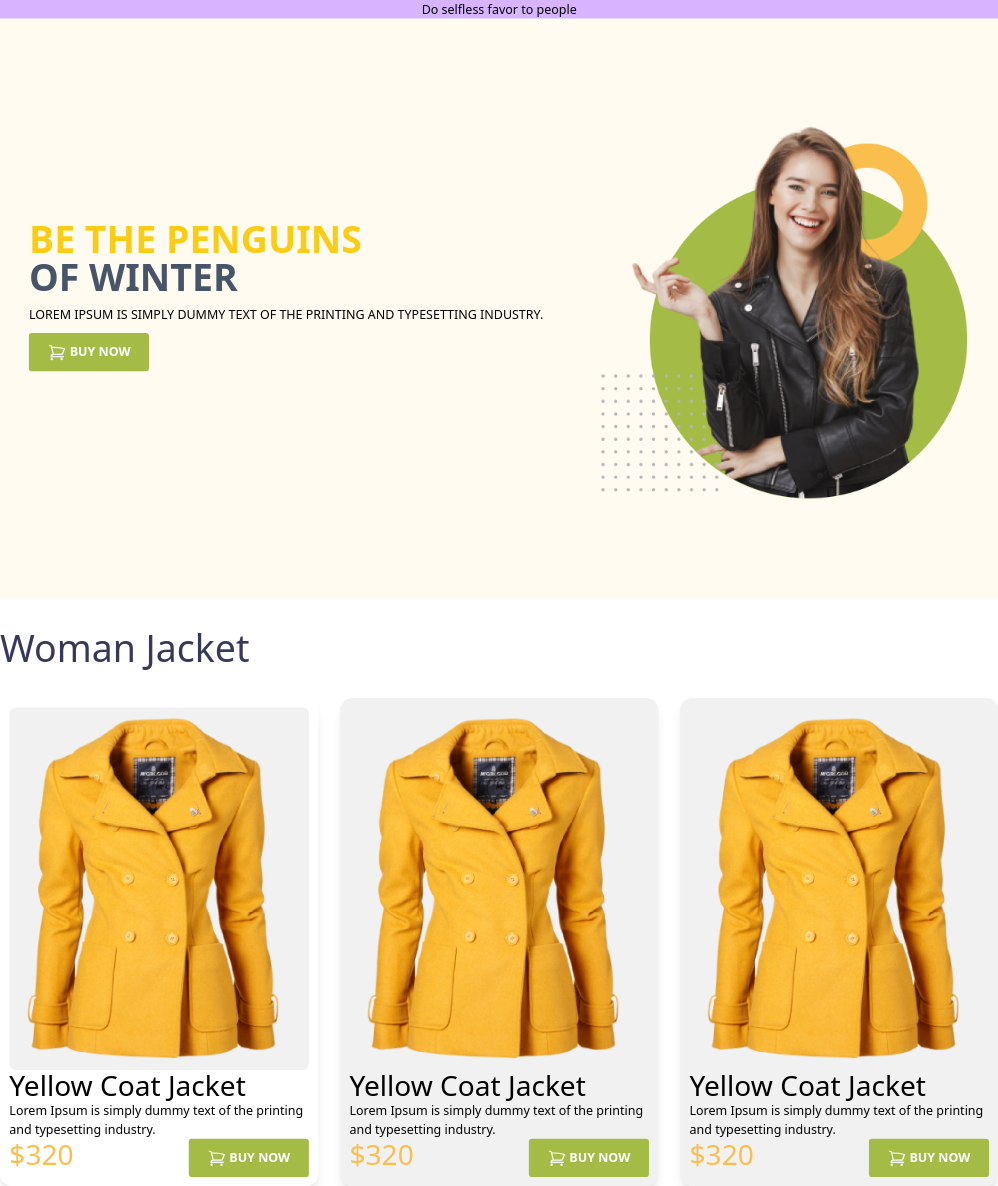
Repository: zjria/penguin-e-commerce-fashion
Page: index.html
An editor plug-in stored every save of this project. The page is shown before and after the next save, followed by the edit.
The browser window is 1280 px wide. The pictures show the whole page, at 78% of full size.
Some web libraries are served in a nearby version.

Above is the page before, as saved 2022-10-07 08:09:06.

After the next save:
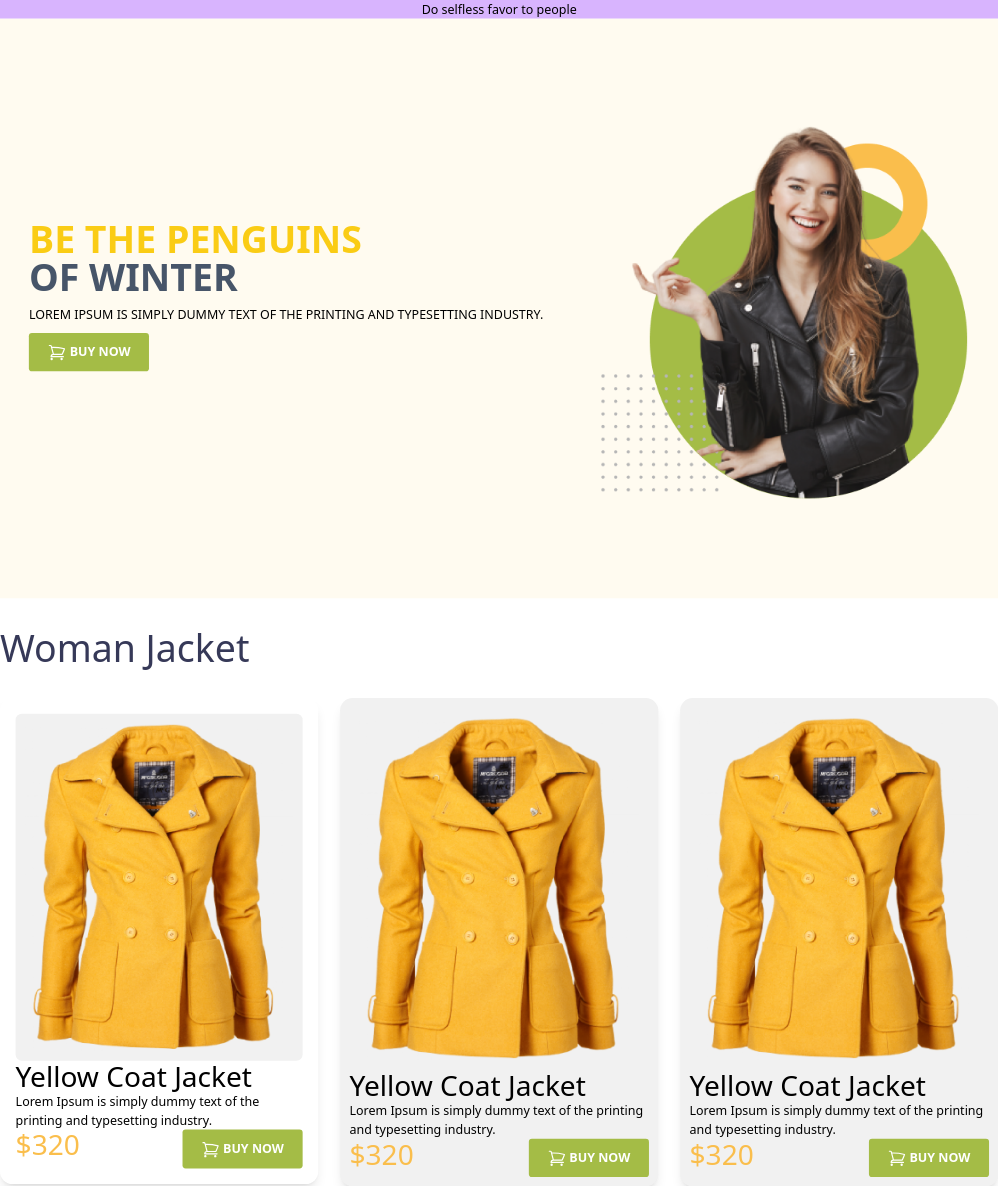
Saved 11 s later.
--- a/index.html
+++ b/index.html
@@ -66,7 +66,7 @@
             <h2 class="text-5xl my-10 text-main_text_color font-header_text">Woman Jacket</h2>
             <div class="grid grid-cols-3 gap-7">
                 <div class="full_card_bg ">
-                    <div class="rounded-2xl shadow-lg p-3">
+                    <div class="rounded-2xl shadow-lg p-5">
                         <div class="p-3 bg-card_bg rounded-lg">
                             <img src="images/jacket-1.png" alt="">
                         </div>
